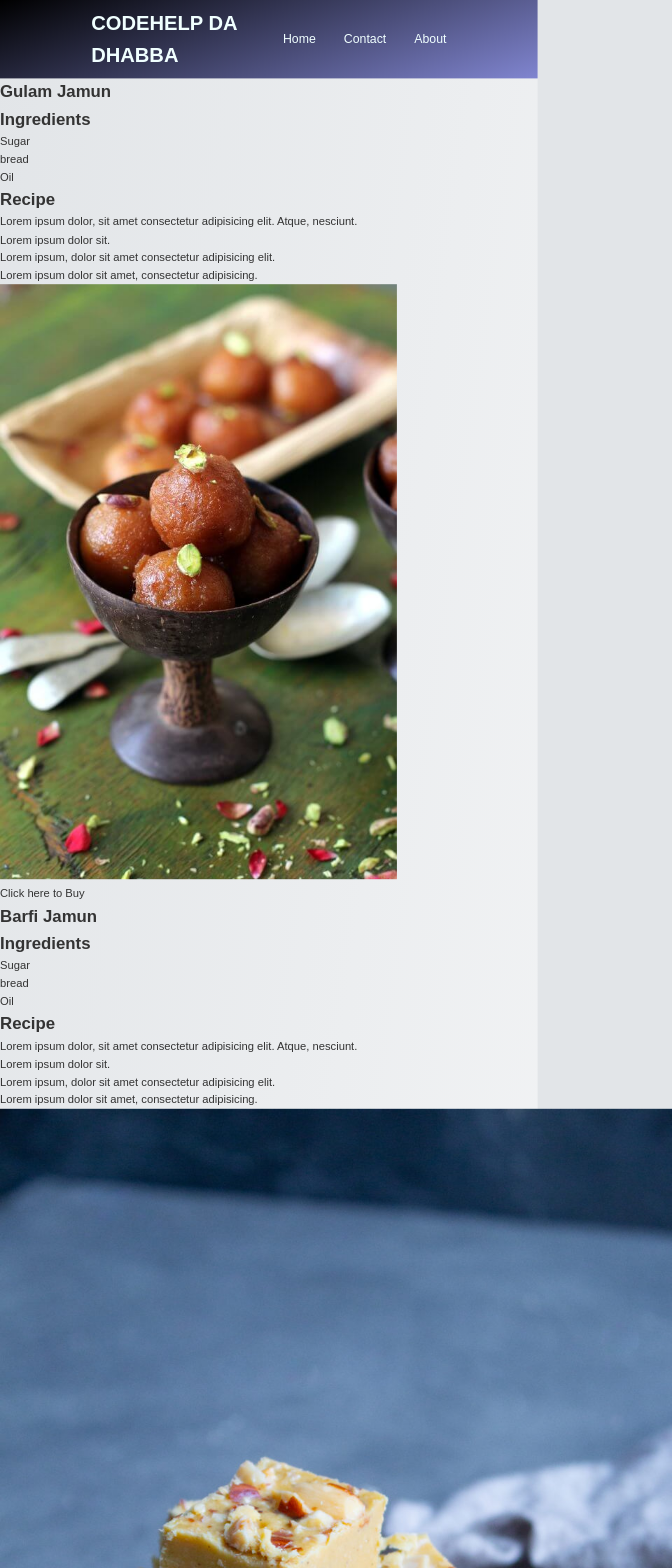
Repository: ssaddamhuss100/Recipe_Html_css
Page: index.html
An editor plug-in stored every save of this project. The page is shown before and after the next save, followed by the edit.
The browser window is 768 px wide. The page is 960 px wide, then 768 px, so the pictures cover 960 px, including what lies to the right of the window. The pictures show the part of the page from y = 0 to 2240 px (the page is 8926 px tall before and 4670 px after), at 70% of full size.

Above is the page before, as saved 2024-12-12 11:24:36.

After the next save:
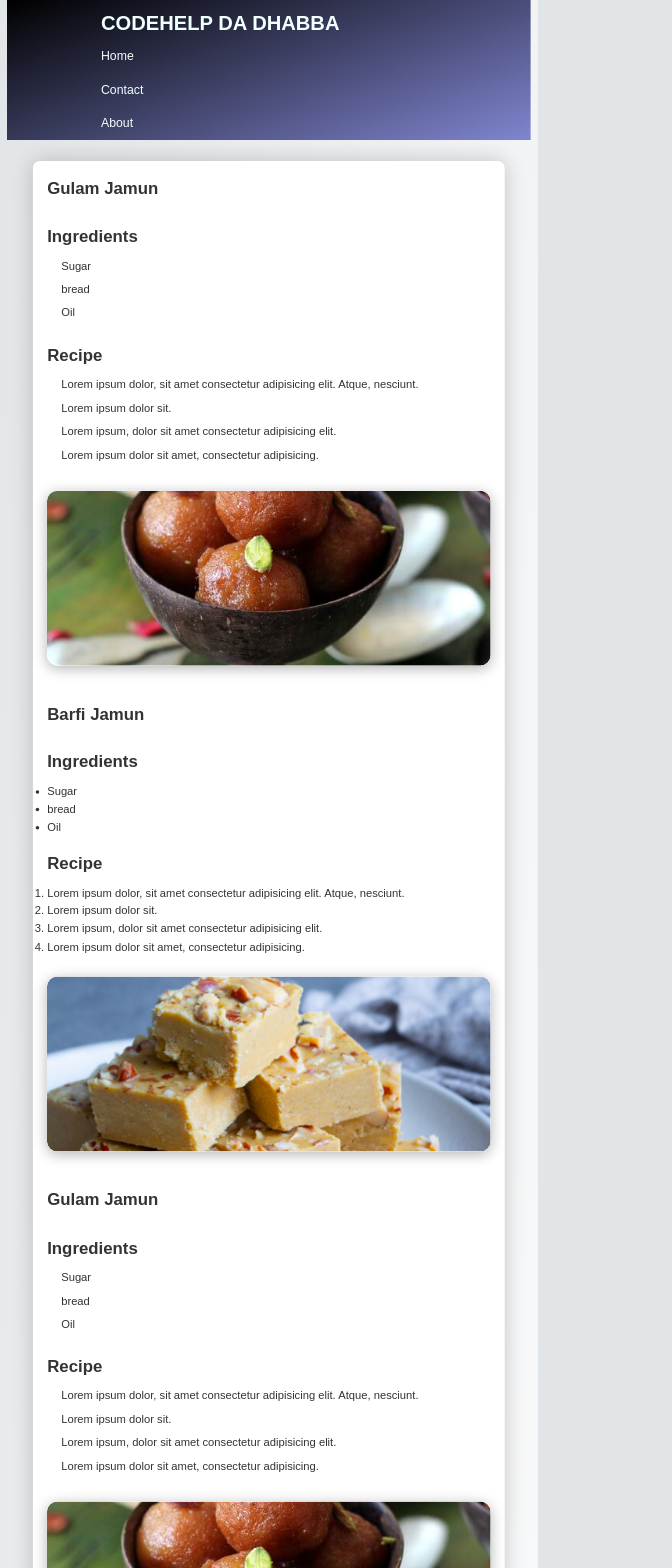
Saved 13 s later.
--- a/style.css
+++ b/style.css
@@ -76,3 +76,143 @@ footer {
 }
 
 .footerBox p {
+    margin: 0;
+}
+
+.contentBox {
+    width: 75%;
+    margin: 30px auto;
+    background-color: white;
+    display: flex;
+    flex-direction: column;
+    gap: 20px;
+    padding: 1rem;
+    box-shadow: 0 0 30px rgba(0, 0, 0, 0.2);
+    border-radius: 10px;
+}
+
+.item {
+    display: flex;
+    justify-content: space-between;
+    align-items: center;
+    margin-bottom: 30px;
+    gap: 30px;
+}
+
+.rightBox {
+    position: relative;
+    overflow: hidden;
+    transition: transform 0.3s ease-in-out;
+    box-shadow: 0 4px 20px rgba(0, 0, 0, 0.3);
+    border-radius: 15px;
+    width: 300px;
+    height: 200px;
+}
+
+.rightBox img {
+    width: 100%;
+    height: 100%;
+    object-fit: cover;
+    border-radius: 15px;
+    transition: transform 0.6s ease-in-out;
+}
+
+.rightBox:hover img {
+    transform: scale(1.1);
+}
+
+.leftBox {
+    flex: 1;
+    display: flex;
+    flex-direction: column;
+    gap: 20px;
+}
+
+.leftBox h2 {
+    font-size: 1.5rem;
+    color: #333;
+    margin-bottom: 10px;
+}
+
+.leftBox h3 {
+    font-size: 1.2rem;
+    color: #555;
+}
+
+.ingBox, .recipeBox {
+    font-size: 1rem;
+    list-style: none;
+    padding-left: 20px;
+}
+
+.ingBox li, .recipeBox li {
+    margin-bottom: 8px;
+}
+
+.rightBox .overlay {
+    position: absolute;
+    top: 0;
+    left: 0;
+    height: 100%;
+    width: 100%;
+    background-color: rgba(36, 34, 34, 0.7);
+    border-radius: 15px;
+    display: flex;
+    align-items: center;
+    justify-content: center;
+    opacity: 0;
+    transition: opacity 0.3s ease-in-out;
+}
+
+.rightBox:hover .overlay {
+    opacity: 1;
+}
+
+.rightBox .overlay span {
+    color: white;
+    font-size: 1.2rem;
+    font-weight: bold;
+    text-transform: uppercase;
+}
+
+/* Responsive Design */
+@media (max-width: 768px) {
+    .container {
+        padding: 0 10px;
+    }
+
+    .navContainer {
+        padding: 10px;
+    }
+
+    #navList {
+        flex-direction: column;
+        align-items: flex-start;
+    }
+
+    #navItems {
+        flex-direction: column;
+        gap: 20px;
+        margin-top: 10px;
+    }
+
+    .contentBox {
+        width: 90%;
+        padding: 20px;
+    }
+
+    .item {
+        flex-direction: column;
+        align-items: flex-start;
+    }
+
+    .rightBox {
+        width: 100%;
+        height: 250px;
+    }
+
+    .rightBox img {
+        height: 100%;
+        object-fit: cover;
+    }
+}
